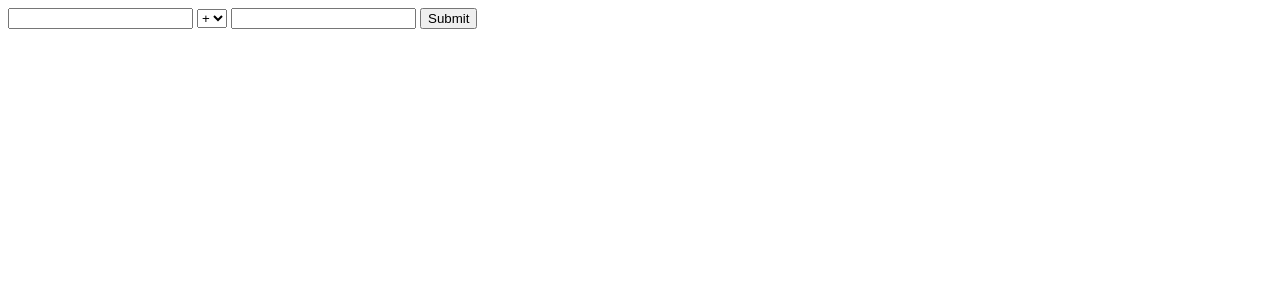
Repository: sang5052003/ServletExam
Page: workSpace(ApacheTomcat)/CalcExam/WebContent/calculatePage.html
The author's editor kept a copy of each file at every save. The page is drawn from the files as they stood at one save, then again after the next save.
The browser window is 1280 px wide. The pictures show the whole page.

Above is the page before, as saved 2017-02-15 08:20:17.

After the next save:
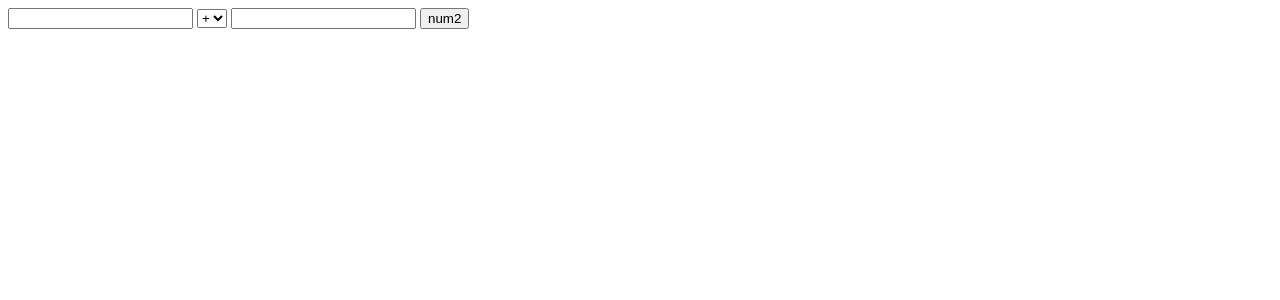
Saved 6 s later.
--- a/workSpace(ApacheTomcat)/CalcExam/WebContent/calculatePage.html
+++ b/workSpace(ApacheTomcat)/CalcExam/WebContent/calculatePage.html
@@ -14,7 +14,7 @@
 			<option name="/">+</option>
 		</select>
 		<input type="number" name="num2">
-		<input type="submit" name="num2">
+		<input type="submit" value="num2">
 	</form>
 </body>
 </html>
